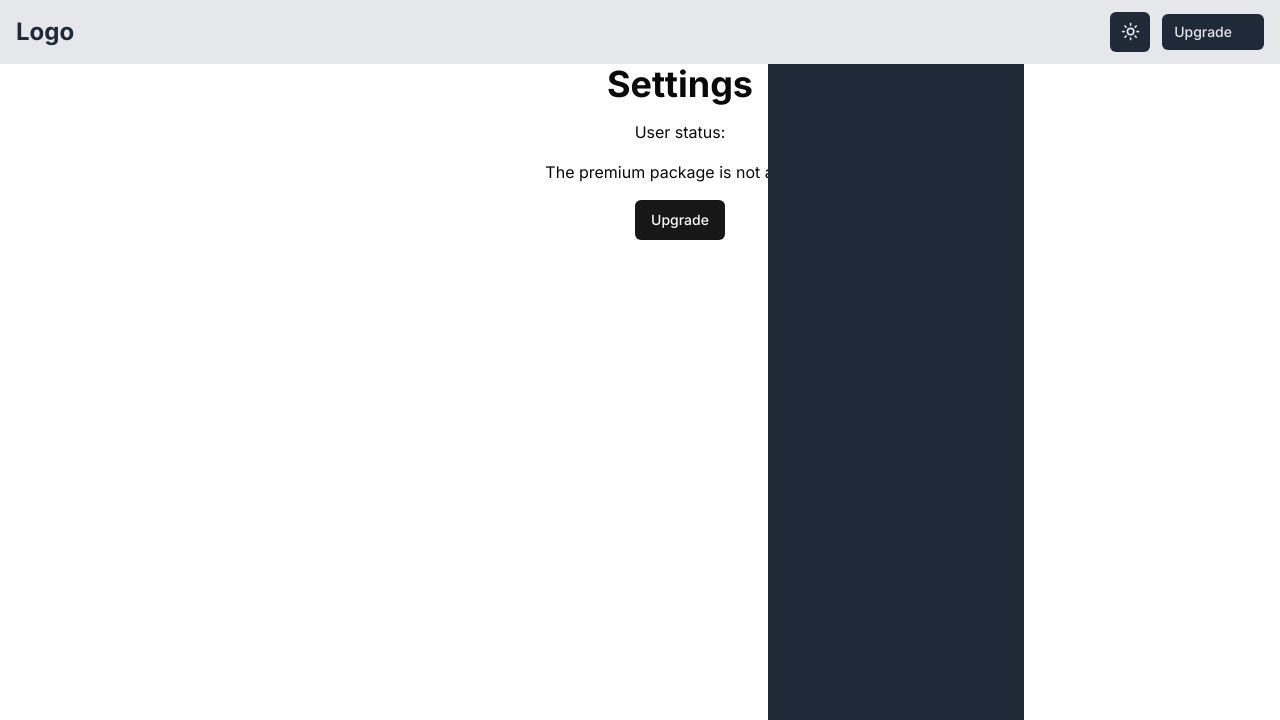
Repository: michalmilek/AI-companion-bot
Page: /settings
The author's editor kept a copy of each file at every save. The page is drawn from the files as they stood at one save, then again after the next save.
The browser window is 1280 px wide. The pictures show the whole page.
The page's requests for data from a server got no answer. The project was rebuilt for these pictures with package versions that can differ from the ones it lists, and the page was loaded fresh each time. Some packages were replaced by stand-ins written for this rebuild. The framework's server and built-in components were replaced by stand-ins that run in the browser. No one was signed in, and anything a server would have sent is missing. Also part of the build but not shown: next.config.js. Imported but missing from the stored project, and not drawn on this page: lib/prismadb.

Above is the page before, as saved 2023-10-10 15:24:19.

### app/layout.tsx
import { ClerkProvider } from "@clerk/nextjs";
import "./globals.css";
import type { Metadata } from "next";
import { Inter } from "next/font/google";
import { ThemeProvider } from "@/components/theme-provider";

const inter = Inter({ subsets: ["latin"] });

export const metadata: Metadata = {
  title: "Create Next App",
  description: "Generated by create next app",
};

export default function RootLayout({
  children,
}: {
  children: React.ReactNode;
}) {
  return (
    <ClerkProvider>
      <html lang="en">
        <body className={inter.className}>
          <ThemeProvider
            attribute="class"
            defaultTheme="system"
            enableSystem
            disableTransitionOnChange>
            {children}
          </ThemeProvider>
        </body>
      </html>
    </ClerkProvider>
  );
}

### app/(root)/layout.tsx
import MobileSidebar from "@/components/MobileSidebar";
import Navbar from "@/components/Navbar";
import React from "react";

const RootLayout = ({ children }: { children: React.ReactNode }) => {
  return (
    <div className="h-screen">
      <Navbar />
      <MobileSidebar />
      <main className="md:pl-20 pt-16 h-full">{children}</main>
    </div>
  );
};

export default RootLayout;

### app/(root)/(routes)/settings/page.tsx
import { checkSubscription } from "@/lib/subscription";
import React from "react";
import SubscriptionPanel from "./companion/SubscriptionPanel";

const page = async () => {
  const isPro = await checkSubscription();
  return (
    <div>
      <SubscriptionPanel isPro={isPro} />
    </div>
  );
};

export default page;

### app/globals.css
@tailwind base;
@tailwind components;
@tailwind utilities;

@layer base {
  :root {
    --background: 0 0% 100%;
    --foreground: 0 0% 3.9%;

    --card: 0 0% 100%;
    --card-foreground: 0 0% 3.9%;

    --popover: 0 0% 100%;
    --popover-foreground: 0 0% 3.9%;

    --primary: 0 0% 9%;
    --primary-foreground: 0 0% 98%;

    --secondary: 0 0% 96.1%;
    --secondary-foreground: 0 0% 9%;

    --muted: 0 0% 96.1%;
    --muted-foreground: 0 0% 45.1%;

    --accent: 0 0% 96.1%;
    --accent-foreground: 0 0% 9%;

    --destructive: 0 84.2% 60.2%;
    --destructive-foreground: 0 0% 98%;

    --border: 0 0% 89.8%;
    --input: 0 0% 89.8%;
    --ring: 0 0% 3.9%;

    --radius: 0.5rem;
  }

  .dark {
    --background: 0 0% 3.9%;
    --foreground: 0 0% 98%;

    --card: 0 0% 3.9%;
    --card-foreground: 0 0% 98%;

    --popover: 0 0% 3.9%;
    --popover-foreground: 0 0% 98%;

    --primary: 0 0% 98%;
    --primary-foreground: 0 0% 9%;

    --secondary: 0 0% 14.9%;
    --secondary-foreground: 0 0% 98%;

    --muted: 0 0% 14.9%;
    --muted-foreground: 0 0% 63.9%;

    --accent: 0 0% 14.9%;
    --accent-foreground: 0 0% 98%;

    --destructive: 0 62.8% 30.6%;
    --destructive-foreground: 0 0% 98%;

    --border: 0 0% 14.9%;
    --input: 0 0% 14.9%;
    --ring: 0 0% 83.1%;
  }
}

@layer base {
  * {
    @apply border-border;
  }
  body {
    @apply bg-background text-foreground;
  }
}

*{
  box-sizing: border-box;
  padding: 0;
  margin: 0;
}

### components/MobileSidebar.tsx
"use client";

import React, { useState } from "react";
import { AnimatePresence, motion } from "framer-motion";
import { useTheme } from "next-themes";
import clsx from "clsx";
import { Theme, getThemeBackground } from "@/app/utils/helpers";
import { Button } from "./ui/button";
import { XMarkIcon } from "@heroicons/react/24/solid";

const MobileSidebar = () => {
  const { theme } = useTheme();
  const [isOpen, setIsOpen] = useState(false);

  const toggleMenu = () => {
    setIsOpen(!isOpen);
  };

  return (
    <motion.aside
      key={"mobileSidebar"}
      className={`bg-gray-800 text-white h-screen w-64 fixed bottom-0 right-0 ${
        isOpen ? "translate-x-0" : "-translate-x-full"
      } ${getThemeBackground(theme as Theme)}`}
      initial={{ x: "-100%" }}
      animate={{ x: isOpen ? "0%" : "-100%" }}
      transition={{ type: "tween", duration: 0.3 }}>
      <ul>test</ul>
    </motion.aside>
  );
};

export default MobileSidebar;

### components/Navbar.tsx
"use client";

import React, { useEffect, useState } from "react";
import { UserButton } from "@clerk/nextjs";
import { Button } from "./ui/button";
import { Sparkles } from "lucide-react";
import { ThemeToggle } from "./theme-toggle";
import { useTheme } from "next-themes";
import clsx from "clsx";
import { Theme, getThemeBackground, getThemeColor } from "@/app/utils/helpers";

const Navbar = () => {
  const { theme } = useTheme();

  return (
    <nav
      className={`${getThemeBackground(
        theme as Theme
      )} h-16 flex justify-between items-center px-4 fixed top-0 left-0 right-0 z-50`}>
      <a
        href="#"
        className="text-2xl font-bold">
        Logo
      </a>
      <div className="flex items-center gap-3">
        <ThemeToggle />
        <Button
          size="sm"
          variant={getThemeColor(theme as Theme)}>
          Upgrade
          <Sparkles className="text-gray-800 fill-gray-800 h-4 w-4" />
        </Button>

        <UserButton />
      </div>
    </nav>
  );
};

export default Navbar;

### lib/subscription.ts
import { auth } from "@clerk/nextjs";

import prismadb from "@/lib/prismadb";

const DAY_IN_MS = 86_400_000;

export const checkSubscription = async () => {
  const { userId } = auth();

  if (!userId) {
    return false;
  }

  const userSubscription = await prismadb.userSubscription.findUnique({
    where: {
      userId,
    },
    select: {
      stripeCurrentPeriodEnd: true,
      stripeCustomerId: true,
      stripePriceId: true,
      stripeSubscriptionId: true,
    },
  });

  if (!userSubscription) {
    return false;
  }

  const isValid =
    userSubscription.stripePriceId &&
    userSubscription.stripeCurrentPeriodEnd?.getTime()! + DAY_IN_MS >
      Date.now();

  return !!isValid;
};

### app/(root)/(routes)/settings/companion/SubscriptionPanel.tsx
"use client";

import { Button } from "@/components/ui/button";
import axios from "axios";
import React from "react";

const SubscriptionPanel = ({ isPro }: { isPro: boolean }) => {
  const onSubscribe = async () => {
    try {
      const response = await axios.get("/api/stripe");

      window.location.href = response.data.url;
    } catch (error) {
      console.log("onSubscribe error", error);
    }
  };

  return (
    <div className="flex flex-col gap-4 items-center justify-center">
      <h1 className="text-4xl font-bold">Settings</h1>
      <h2>User status:</h2>
      <p>
        {isPro
          ? "The premium package is active."
          : "The premium package is not active."}
      </p>
      <Button onClick={onSubscribe}>
        {isPro ? "Edit your subscription" : "Upgrade"}
      </Button>
    </div>
  );
};

export default SubscriptionPanel;

### app/utils/helpers.ts
import clsx from "clsx";

export type Theme = "dark" | "system" | "light";

export function getThemeColor(theme: Theme) {
  if (theme === "dark" || theme === "system") {
    return "dark";
  } else {
    return "gray";
  }
}

export const getThemeBackground = (theme: Theme) => {
  return clsx(
    (theme === "dark" || theme === "system") && "bg-gray-200 text-gray-800",
    theme === "light" && "bg-gray-800 text-gray-200"
  );
};

### components/ui/button.tsx
import * as React from "react";
import { Slot } from "@radix-ui/react-slot";
import { cva, type VariantProps } from "class-variance-authority";

import { cn } from "@/lib/utils";

const buttonVariants = cva(
  "inline-flex items-center justify-center rounded-md text-sm font-medium ring-offset-background transition-colors focus-visible:outline-none focus-visible:ring-2 focus-visible:ring-ring focus-visible:ring-offset-2 disabled:pointer-events-none disabled:opacity-50",
  {
    variants: {
      variant: {
        default: "bg-primary text-primary-foreground hover:bg-primary/90",
        destructive:
          "bg-destructive text-destructive-foreground hover:bg-destructive/90",
        outline:
          "border border-input bg-background hover:bg-accent hover:text-accent-foreground",
        secondary:
          "bg-secondary text-secondary-foreground hover:bg-secondary/80",
        ghost: "hover:bg-accent hover:text-accent-foreground",
        link: "text-primary underline-offset-4 hover:underline",
        gray: "bg-gray-200 text-gray-800 flex items-center gap-1 hover:bg-gray-300 transition-all",
        dark: "bg-gray-800 text-gray-200 flex items-center gap-1 hover:bg-gray-600 transition-all",
      },
      size: {
        default: "h-10 px-4 py-2",
        sm: "h-9 rounded-md px-3",
        lg: "h-11 rounded-md px-8",
        icon: "h-10 w-10",
      },
    },
    defaultVariants: {
      variant: "default",
      size: "default",
    },
  }
);

export interface ButtonProps
  extends React.ButtonHTMLAttributes<HTMLButtonElement>,
    VariantProps<typeof buttonVariants> {
  asChild?: boolean;
}

const Button = React.forwardRef<HTMLButtonElement, ButtonProps>(
  ({ className, variant, size, asChild = false, ...props }, ref) => {
    const Comp = asChild ? Slot : "button";
    return (
      <Comp
        className={cn(buttonVariants({ variant, size, className }))}
        ref={ref}
        {...props}
      />
    );
  }
);
Button.displayName = "Button";

export { Button, buttonVariants };

### components/theme-toggle.tsx
"use client";

import * as React from "react";
import { Moon, Sun } from "lucide-react";
import { useTheme } from "next-themes";

import { Button } from "@/components/ui/button";
import {
  DropdownMenu,
  DropdownMenuContent,
  DropdownMenuItem,
  DropdownMenuTrigger,
} from "@/components/ui/dropdown-menu";
import { Theme, getThemeColor } from "@/app/utils/helpers";

export function ThemeToggle() {
  const { theme, setTheme } = useTheme();

  return (
    <DropdownMenu>
      <DropdownMenuTrigger asChild>
        <Button
          variant={getThemeColor(theme as Theme)}
          size="icon">
          <Sun className="h-[1.2rem] w-[1.2rem] rotate-0 scale-100 transition-all dark:-rotate-90 dark:scale-0" />
          <Moon className="absolute h-[1.2rem] w-[1.2rem] rotate-90 scale-0 transition-all dark:rotate-0 dark:scale-100" />
          <span className="sr-only">Toggle theme</span>
        </Button>
      </DropdownMenuTrigger>
      <DropdownMenuContent align="end">
        <DropdownMenuItem onClick={() => setTheme("light")}>
          Light
        </DropdownMenuItem>
        <DropdownMenuItem onClick={() => setTheme("dark")}>
          Dark
        </DropdownMenuItem>
        <DropdownMenuItem onClick={() => setTheme("system")}>
          System
        </DropdownMenuItem>
      </DropdownMenuContent>
    </DropdownMenu>
  );
}

### components/ui/dropdown-menu.tsx
"use client"

import * as React from "react"
import * as DropdownMenuPrimitive from "@radix-ui/react-dropdown-menu"
import { Check, ChevronRight, Circle } from "lucide-react"

import { cn } from "@/lib/utils"

const DropdownMenu = DropdownMenuPrimitive.Root

const DropdownMenuTrigger = DropdownMenuPrimitive.Trigger

const DropdownMenuGroup = DropdownMenuPrimitive.Group

const DropdownMenuPortal = DropdownMenuPrimitive.Portal

const DropdownMenuSub = DropdownMenuPrimitive.Sub

const DropdownMenuRadioGroup = DropdownMenuPrimitive.RadioGroup

const DropdownMenuSubTrigger = React.forwardRef<
  React.ElementRef<typeof DropdownMenuPrimitive.SubTrigger>,
  React.ComponentPropsWithoutRef<typeof DropdownMenuPrimitive.SubTrigger> & {
    inset?: boolean
  }
>(({ className, inset, children, ...props }, ref) => (
  <DropdownMenuPrimitive.SubTrigger
    ref={ref}
    className={cn(
      "flex cursor-default select-none items-center rounded-sm px-2 py-1.5 text-sm outline-none focus:bg-accent data-[state=open]:bg-accent",
      inset && "pl-8",
      className
    )}
    {...props}
  >
    {children}
    <ChevronRight className="ml-auto h-4 w-4" />
  </DropdownMenuPrimitive.SubTrigger>
))
DropdownMenuSubTrigger.displayName =
  DropdownMenuPrimitive.SubTrigger.displayName

const DropdownMenuSubContent = React.forwardRef<
  React.ElementRef<typeof DropdownMenuPrimitive.SubContent>,
  React.ComponentPropsWithoutRef<typeof DropdownMenuPrimitive.SubContent>
>(({ className, ...props }, ref) => (
  <DropdownMenuPrimitive.SubContent
    ref={ref}
    className={cn(
      "z-50 min-w-[8rem] overflow-hidden rounded-md border bg-popover p-1 text-popover-foreground shadow-lg data-[state=open]:animate-in data-[state=closed]:animate-out data-[state=closed]:fade-out-0 data-[state=open]:fade-in-0 data-[state=closed]:zoom-out-95 data-[state=open]:zoom-in-95 data-[side=bottom]:slide-in-from-top-2 data-[side=left]:slide-in-from-right-2 data-[side=right]:slide-in-from-left-2 data-[side=top]:slide-in-from-bottom-2",
      className
    )}
    {...props}
  />
))
DropdownMenuSubContent.displayName =
  DropdownMenuPrimitive.SubContent.displayName

const DropdownMenuContent = React.forwardRef<
  React.ElementRef<typeof DropdownMenuPrimitive.Content>,
  React.ComponentPropsWithoutRef<typeof DropdownMenuPrimitive.Content>
>(({ className, sideOffset = 4, ...props }, ref) => (
  <DropdownMenuPrimitive.Portal>
    <DropdownMenuPrimitive.Content
      ref={ref}
      sideOffset={sideOffset}
      className={cn(
        "z-50 min-w-[8rem] overflow-hidden rounded-md border bg-popover p-1 text-popover-foreground shadow-md data-[state=open]:animate-in data-[state=closed]:animate-out data-[state=closed]:fade-out-0 data-[state=open]:fade-in-0 data-[state=closed]:zoom-out-95 data-[state=open]:zoom-in-95 data-[side=bottom]:slide-in-from-top-2 data-[side=left]:slide-in-from-right-2 data-[side=right]:slide-in-from-left-2 data-[side=top]:slide-in-from-bottom-2",
        className
      )}
      {...props}
    />
  </DropdownMenuPrimitive.Portal>
))
DropdownMenuContent.displayName = DropdownMenuPrimitive.Content.displayName

const DropdownMenuItem = React.forwardRef<
  React.ElementRef<typeof DropdownMenuPrimitive.Item>,
  React.ComponentPropsWithoutRef<typeof DropdownMenuPrimitive.Item> & {
    inset?: boolean
  }
>(({ className, inset, ...props }, ref) => (
  <DropdownMenuPrimitive.Item
    ref={ref}
    className={cn(
      "relative flex cursor-default select-none items-center rounded-sm px-2 py-1.5 text-sm outline-none transition-colors focus:bg-accent focus:text-accent-foreground data-[disabled]:pointer-events-none data-[disabled]:opacity-50",
      inset && "pl-8",
      className
    )}
    {...props}
  />
))
DropdownMenuItem.displayName = DropdownMenuPrimitive.Item.displayName

const DropdownMenuCheckboxItem = React.forwardRef<
  React.ElementRef<typeof DropdownMenuPrimitive.CheckboxItem>,
  React.ComponentPropsWithoutRef<typeof DropdownMenuPrimitive.CheckboxItem>
>(({ className, children, checked, ...props }, ref) => (
  <DropdownMenuPrimitive.CheckboxItem
    ref={ref}
    className={cn(
      "relative flex cursor-default select-none items-center rounded-sm py-1.5 pl-8 pr-2 text-sm outline-none transition-colors focus:bg-accent focus:text-accent-foreground data-[disabled]:pointer-events-none data-[disabled]:opacity-50",
      className
    )}
    checked={checked}
    {...props}
  >
    <span className="absolute left-2 flex h-3.5 w-3.5 items-center justify-center">
      <DropdownMenuPrimitive.ItemIndicator>
        <Check className="h-4 w-4" />
      </DropdownMenuPrimitive.ItemIndicator>
    </span>
    {children}
  </DropdownMenuPrimitive.CheckboxItem>
))
DropdownMenuCheckboxItem.displayName =
  DropdownMenuPrimitive.CheckboxItem.displayName

const DropdownMenuRadioItem = React.forwardRef<
  React.ElementRef<typeof DropdownMenuPrimitive.RadioItem>,
  React.ComponentPropsWithoutRef<typeof DropdownMenuPrimitive.RadioItem>
>(({ className, children, ...props }, ref) => (
  <DropdownMenuPrimitive.RadioItem
    ref={ref}
    className={cn(
      "relative flex cursor-default select-none items-center rounded-sm py-1.5 pl-8 pr-2 text-sm outline-none transition-colors focus:bg-accent focus:text-accent-foreground data-[disabled]:pointer-events-none data-[disabled]:opacity-50",
      className
    )}
    {...props}
  >
    <span className="absolute left-2 flex h-3.5 w-3.5 items-center justify-center">
      <DropdownMenuPrimitive.ItemIndicator>
        <Circle className="h-2 w-2 fill-current" />
      </DropdownMenuPrimitive.ItemIndicator>
    </span>
    {children}
  </DropdownMenuPrimitive.RadioItem>
))
DropdownMenuRadioItem.displayName = DropdownMenuPrimitive.RadioItem.displayName

const DropdownMenuLabel = React.forwardRef<
  React.ElementRef<typeof DropdownMenuPrimitive.Label>,
  React.ComponentPropsWithoutRef<typeof DropdownMenuPrimitive.Label> & {
    inset?: boolean
  }
>(({ className, inset, ...props }, ref) => (
  <DropdownMenuPrimitive.Label
    ref={ref}
    className={cn(
      "px-2 py-1.5 text-sm font-semibold",
      inset && "pl-8",
      className
    )}
    {...props}
  />
))
DropdownMenuLabel.displayName = DropdownMenuPrimitive.Label.displayName

const DropdownMenuSeparator = React.forwardRef<
  React.ElementRef<typeof DropdownMenuPrimitive.Separator>,
  React.ComponentPropsWithoutRef<typeof DropdownMenuPrimitive.Separator>
>(({ className, ...props }, ref) => (
  <DropdownMenuPrimitive.Separator
    ref={ref}
    className={cn("-mx-1 my-1 h-px bg-muted", className)}
    {...props}
  />
))
DropdownMenuSeparator.displayName = DropdownMenuPrimitive.Separator.displayName

const DropdownMenuShortcut = ({
  className,
  ...props
}: React.HTMLAttributes<HTMLSpanElement>) => {
  return (
    <span
      className={cn("ml-auto text-xs tracking-widest opacity-60", className)}
      {...props}
    />
  )
}
DropdownMenuShortcut.displayName = "DropdownMenuShortcut"

export {
  DropdownMenu,
  DropdownMenuTrigger,
  DropdownMenuContent,
  DropdownMenuItem,
  DropdownMenuCheckboxItem,
  DropdownMenuRadioItem,
  DropdownMenuLabel,
  DropdownMenuSeparator,
  DropdownMenuShortcut,
  DropdownMenuGroup,
  DropdownMenuPortal,
  DropdownMenuSub,
  DropdownMenuSubContent,
  DropdownMenuSubTrigger,
  DropdownMenuRadioGroup,
}

Loaded but not shown: components/theme-provider.tsx (common file); lib/utils.ts (common file); tailwind.config.js (common file)

After the next save:
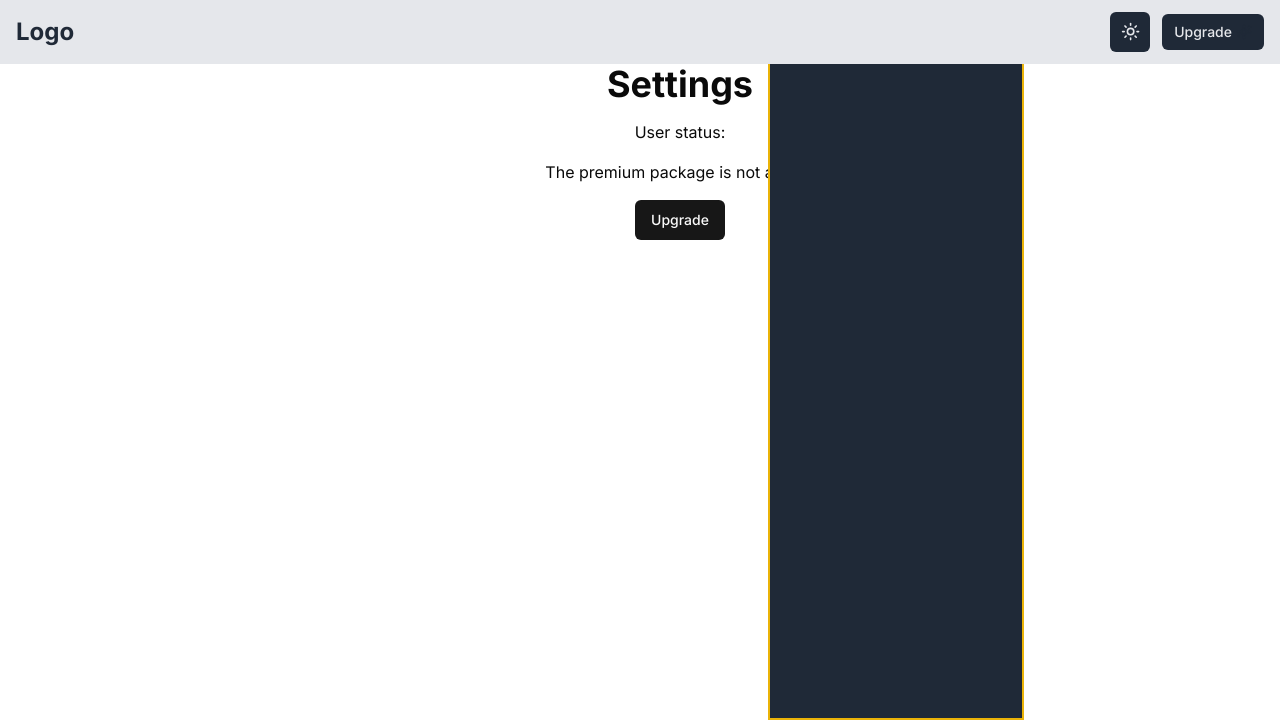
Saved 21 s later.
--- a/components/MobileSidebar.tsx
+++ b/components/MobileSidebar.tsx
@@ -19,7 +19,7 @@ const MobileSidebar = () => {
   return (
     <motion.aside
       key={"mobileSidebar"}
-      className={`bg-gray-800 text-white h-screen w-64 fixed bottom-0 right-0 ${
+      className={`border-2 border-yellow-500 bg-gray-800 text-white h-screen w-64 fixed bottom-0 right-0 ${
         isOpen ? "translate-x-0" : "-translate-x-full"
       } ${getThemeBackground(theme as Theme)}`}
       initial={{ x: "-100%" }}
